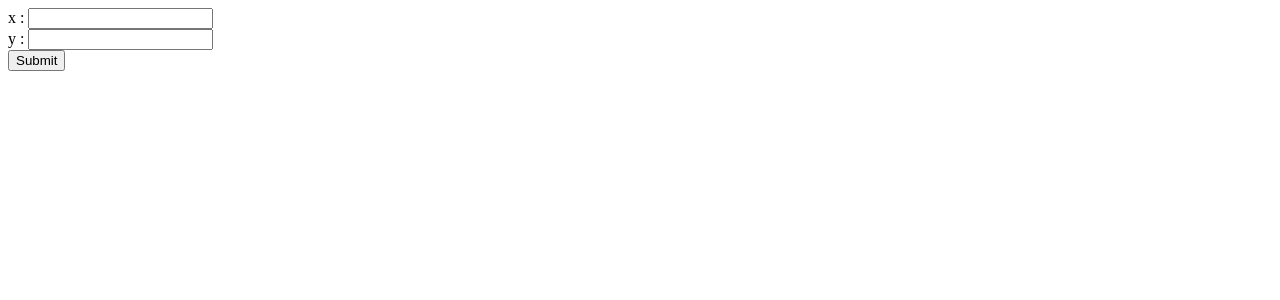
Repository: HimNahyeon/devClassBackup
Page: jsp/youtube_jsp/JSPPrj/WebContent/add.html
These files come from the project's save history. The page is drawn as it stood at one moment and after the next save; the edit follows.
The browser window is 1280 px wide. The pictures show the whole page.

Above is the page before, as saved 2021-10-28 04:19:31.

### jsp/youtube_jsp/JSPPrj/WebContent/add.html
<!DOCTYPE html>
<html>
<head>
<meta charset="UTF-8">
<title>Insert title here</title>
</head>
<body>
	<form action="add" method="post">
		<div>
			<label>x : </label>
			<input type="text" name="x">
		</div>
		<div>
			<label>y : </label>
			<input type="text" name="y">
		</div>
		<div>
			<input type="submit" vlaue="덧셈">
		</div>
	</form>
</body>
</html>

After the next save:
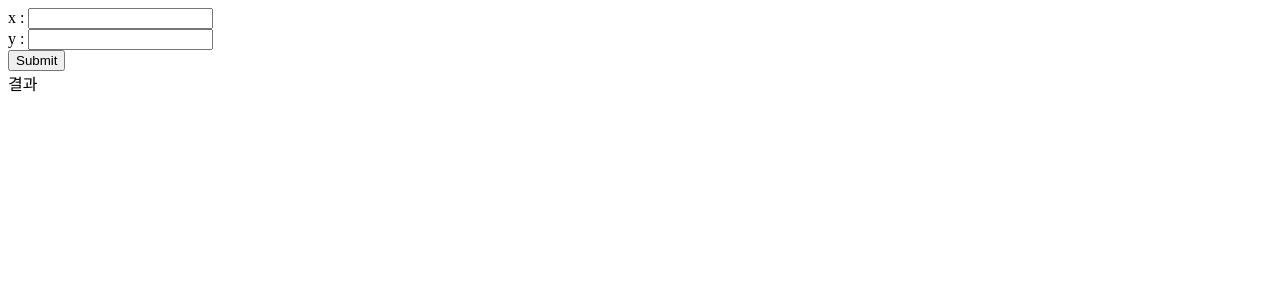
Saved 35 s later.
--- a/jsp/youtube_jsp/JSPPrj/WebContent/add.html
+++ b/jsp/youtube_jsp/JSPPrj/WebContent/add.html
@@ -17,6 +17,9 @@
 		<div>
 			<input type="submit" vlaue="덧셈">
 		</div>
+		<div>
+			결과
+		</div>
 	</form>
 </body>
 </html>
